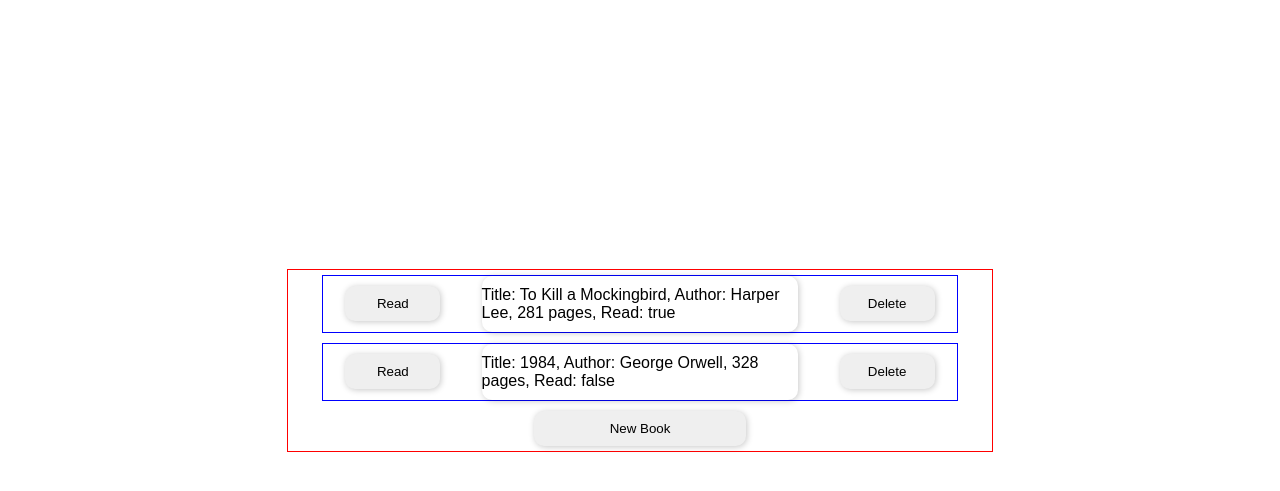
Repository: kocokoy/library
Page: index.html
An editor plug-in stored every save of this project. The page is shown before and after the next save, followed by the edit.
The browser window is 1280 px wide. The pictures show the whole page.

Above is the page before, as saved 2024-11-06 10:46:39.

After the next save:
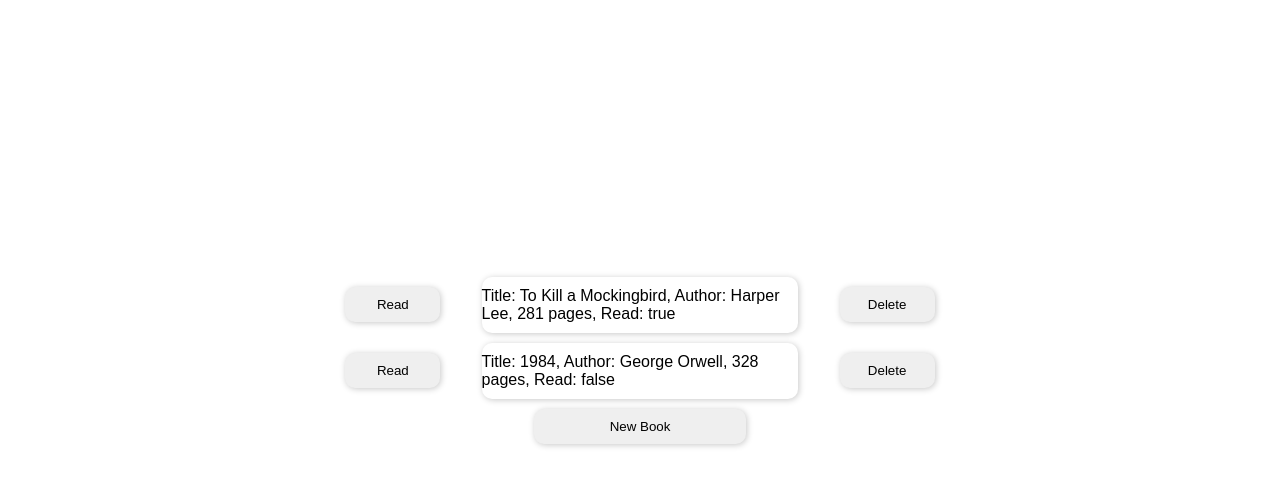
Saved 25 s later.
--- a/style.css
+++ b/style.css
@@ -18,7 +18,7 @@ body{
   flex-direction: column;
   justify-content: center;
   align-items: center;
-  border: 1px solid red;
+
   width: 55%;
 }
 .book-display{
@@ -36,7 +36,6 @@ body{
   align-items: center;
   margin: 5px;
   width: 90%;
-  border: 1px solid blue;
 }
 
 .book-card div{
